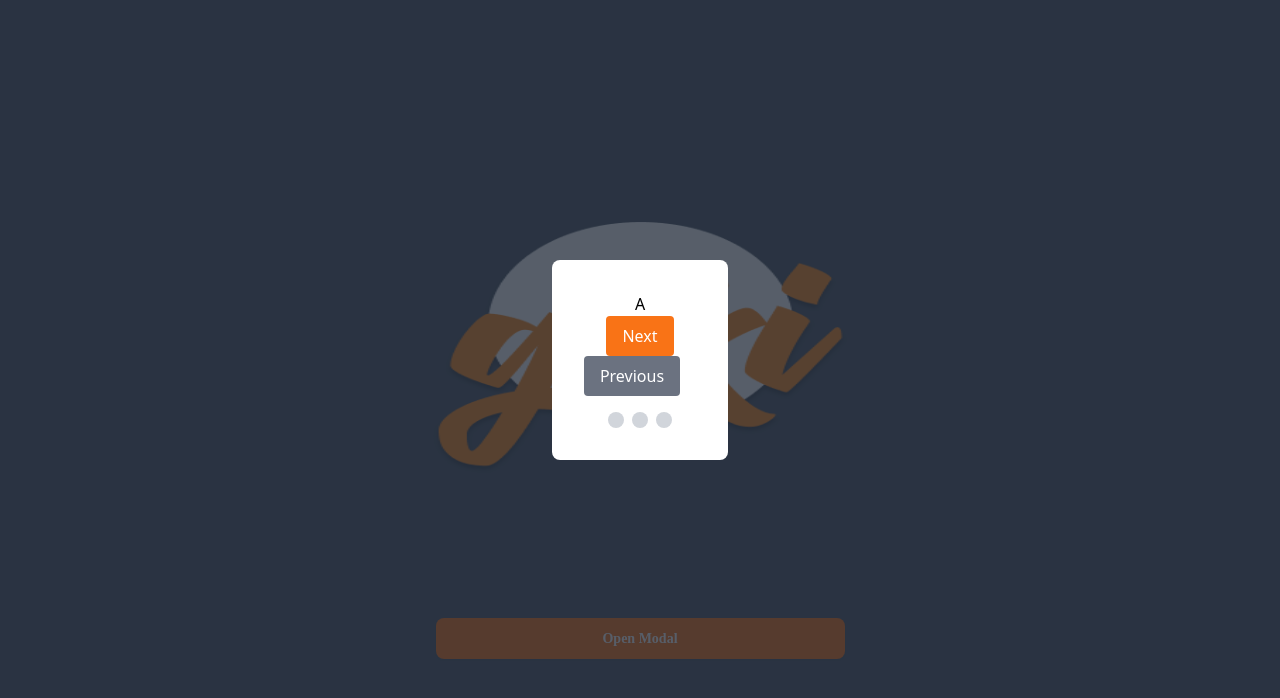
Repository: ZakariaZhlat125/lucatctyteste
Page: /, after clicking the first element matching `button.mt-36`
An editor plug-in stored every save of this project. The page is shown before and after the next save, followed by the edit.
The browser window is 1280 px wide. The pictures show the whole page.
The project was rebuilt for these pictures with package versions that can differ from the ones it lists, and the page was loaded fresh each time. Also part of the build but not shown: vite.config.js, src/Components/ModalComponents/PickLang.jsx, src/Components/ModalComponents/SelectImage.jsx.

Above is the page before, as saved 2023-09-29 10:24:29.

After the next save:
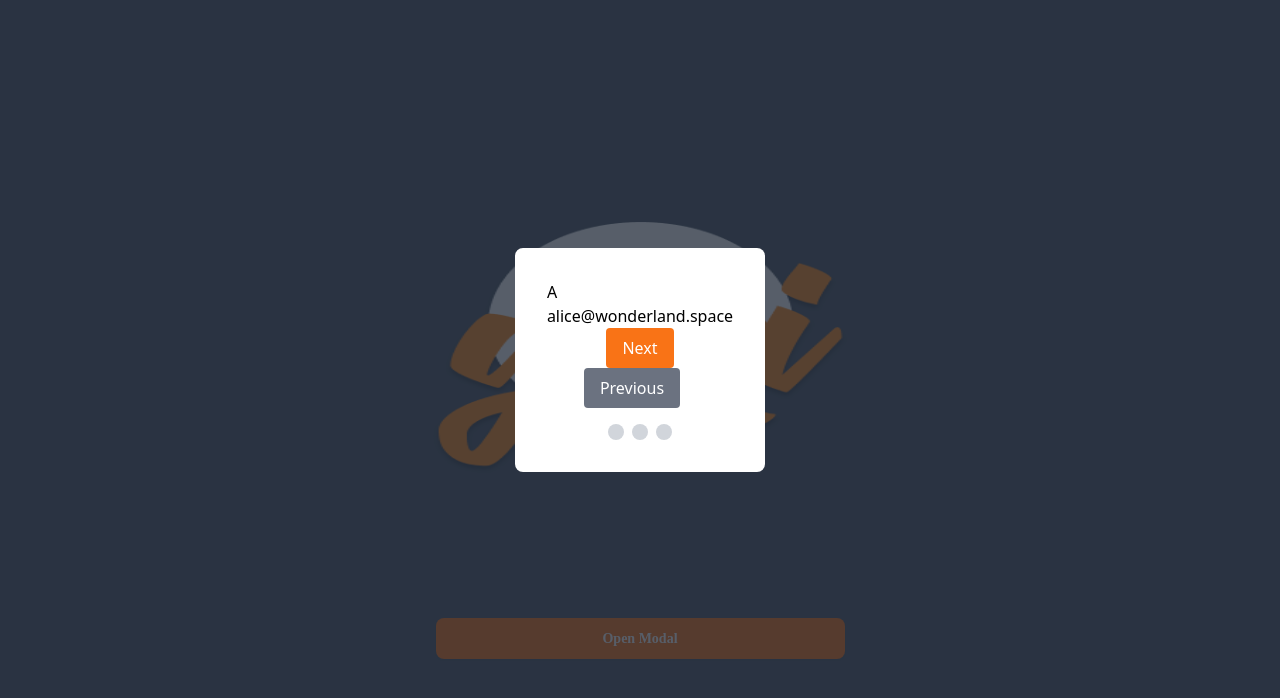
Saved 6 s later.
--- a/src/Components/ModalComponents/Welcom.jsx
+++ b/src/Components/ModalComponents/Welcom.jsx
@@ -5,7 +5,7 @@
     <div className='flex flex-col justify-center items-center'>
         <div>
             <p>A</p>
-            <p></p>
+            <p>alice@wonderland.space</p>
         </div>
     </div>
   )
